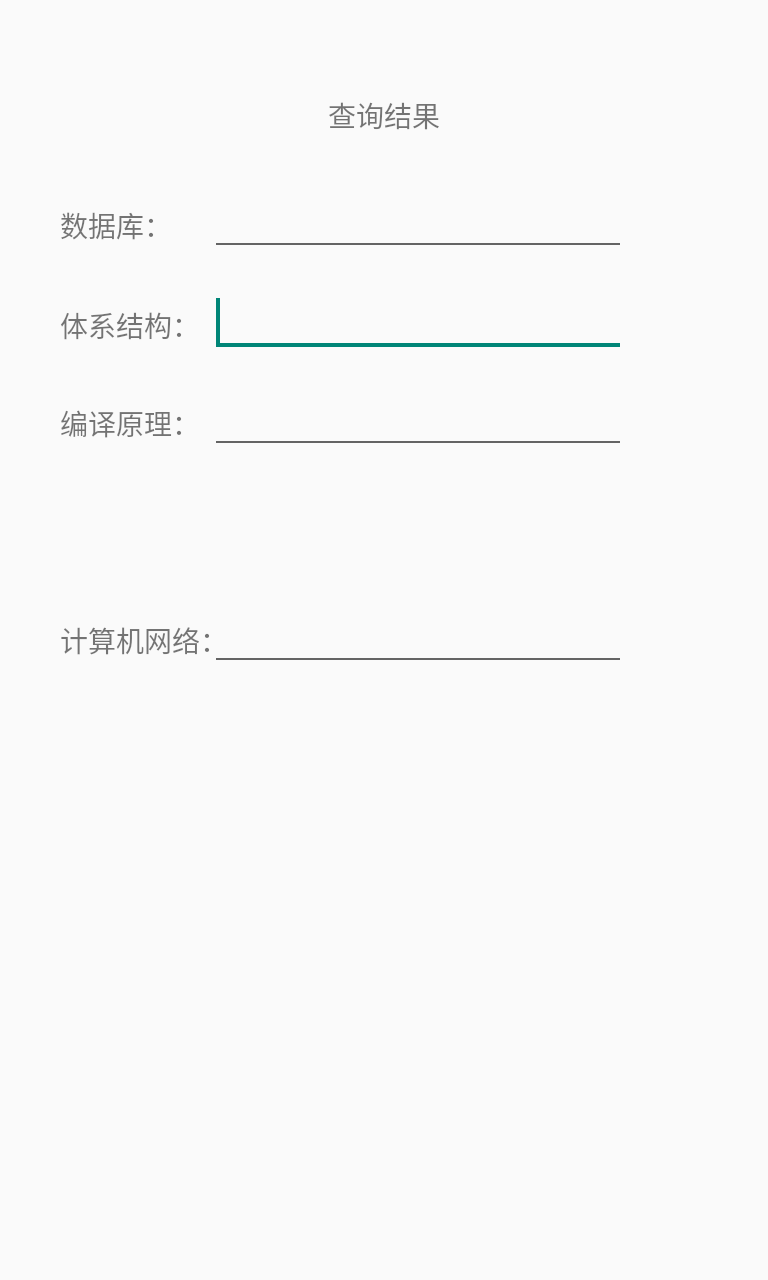
Repository: DaisyDong/AndroidPath
Layout: ScoreQurey/res/layout/activity_result.xml
These files come from the project's save history. The layout is drawn as it stood at one moment and after the next save; the edit follows.
It is drawn on a 768 x 1280 px phone screen (xhdpi) without system bars, with theme AppTheme; the app's code is not run.

Above is the layout before, as saved 2015-04-20 06:44:05.

### ScoreQurey/res/layout/activity_result.xml
<RelativeLayout xmlns:android="http://schemas.android.com/apk/res/android"
    xmlns:tools="http://schemas.android.com/tools"
    android:layout_width="match_parent"
    android:layout_height="match_parent"
    android:paddingBottom="@dimen/activity_vertical_margin"
    android:paddingLeft="@dimen/activity_horizontal_margin"
    android:paddingRight="@dimen/activity_horizontal_margin"
    android:paddingTop="@dimen/activity_vertical_margin"
    tools:context="com.example.scorequrey.ResultActivity" >

    <TextView
        android:id="@+id/textView1"
        android:layout_width="wrap_content"
        android:layout_height="wrap_content"
        android:layout_alignParentTop="true"
        android:layout_centerHorizontal="true"
        android:layout_marginTop="31dp"
        android:text="查询结果" />

    <TextView
        android:id="@+id/textView2"
        android:layout_width="wrap_content"
        android:layout_height="wrap_content"
        android:layout_alignParentLeft="true"
        android:layout_below="@+id/textView1"
        android:layout_marginLeft="14dp"
        android:layout_marginTop="34dp"
        android:text="数据库：" />

    <TextView
        android:id="@+id/textView3"
        android:layout_width="wrap_content"
        android:layout_height="wrap_content"
        android:layout_alignLeft="@+id/textView2"
        android:layout_below="@+id/textView2"
        android:layout_marginTop="29dp"
        android:text="体系结构：" />

    <TextView
        android:id="@+id/textView4"
        android:layout_width="wrap_content"
        android:layout_height="wrap_content"
        android:layout_alignRight="@+id/textView3"
        android:layout_below="@+id/textView3"
        android:layout_marginTop="28dp"
        android:text="编译原理：" />

    <EditText
        android:id="@+id/editText1"
        android:layout_width="wrap_content"
        android:layout_height="wrap_content"
        android:layout_alignBaseline="@+id/textView2"
        android:layout_alignBottom="@+id/textView2"
        android:layout_marginLeft="18dp"
        android:layout_toRightOf="@+id/textView2"
        android:ems="10" />

    <EditText
        android:id="@+id/editText2"
        android:layout_width="wrap_content"
        android:layout_height="wrap_content"
        android:layout_alignBaseline="@+id/textView3"
        android:layout_alignBottom="@+id/textView3"
        android:layout_alignLeft="@+id/editText1"
        android:ems="10" >

        <requestFocus />
    </EditText>

    <EditText
        android:id="@+id/editText3"
        android:layout_width="wrap_content"
        android:layout_height="wrap_content"
        android:layout_alignBaseline="@+id/textView4"
        android:layout_alignBottom="@+id/textView4"
        android:layout_alignLeft="@+id/editText2"
        android:ems="10" />

    <TextView
        android:id="@+id/textView5"
        android:layout_width="wrap_content"
        android:layout_height="wrap_content"
        android:layout_alignLeft="@+id/textView4"
        android:layout_centerVertical="true"
        android:text="计算机网络：" />

    <EditText
        android:id="@+id/editText4"
        android:layout_width="wrap_content"
        android:layout_height="wrap_content"
        android:layout_alignBaseline="@+id/textView5"
        android:layout_alignBottom="@+id/textView5"
        android:layout_alignLeft="@+id/editText3"
        android:ems="10" />

</RelativeLayout>

Loaded but not shown: ScoreQurey/res/values/styles.xml (common file); ScoreQurey/res/values-v11/styles.xml (common file); ScoreQurey/res/values-v14/styles.xml (common file); ScoreQurey/res/values/dimens.xml (common file); ScoreQurey/res/values-w820dp/dimens.xml (common file)

After the next save:
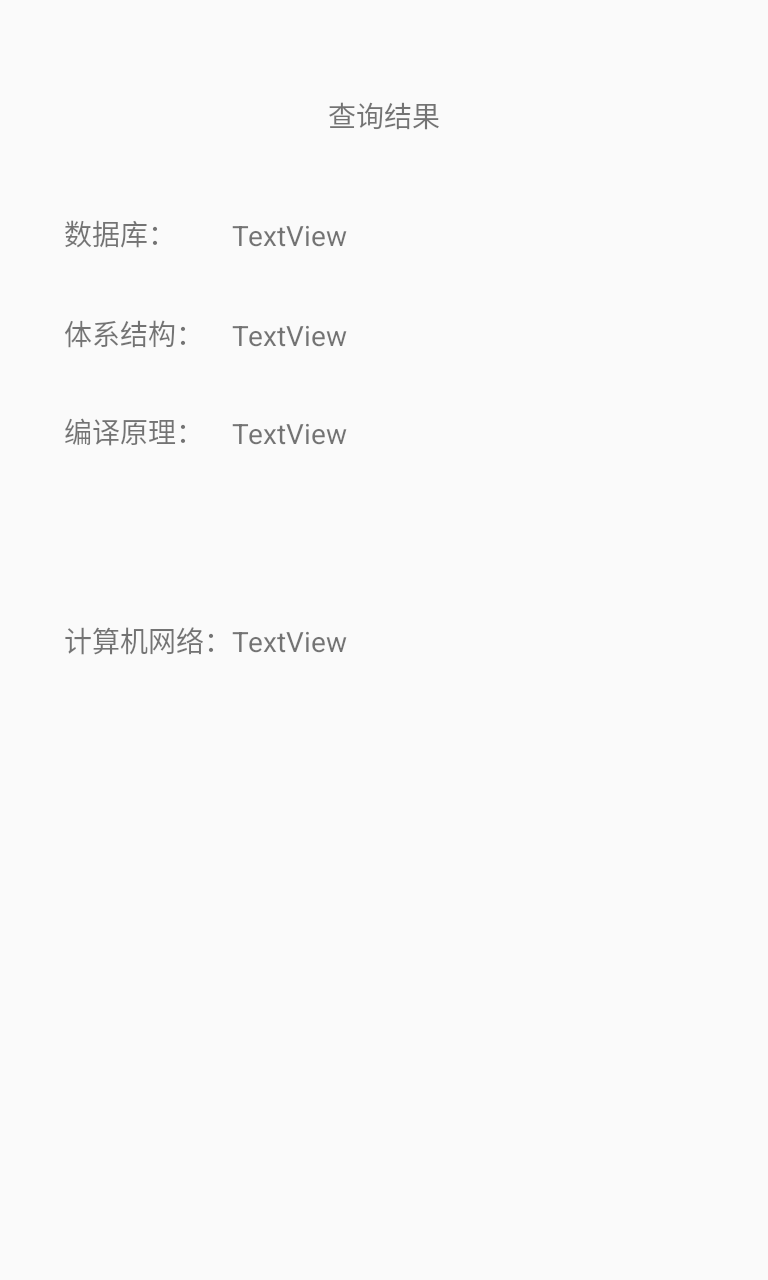
Saved 18 min 20 s later.
--- a/ScoreQurey/res/layout/activity_result.xml
+++ b/ScoreQurey/res/layout/activity_result.xml
@@ -18,16 +18,6 @@
         android:text="查询结果" />
 
     <TextView
-        android:id="@+id/textView2"
-        android:layout_width="wrap_content"
-        android:layout_height="wrap_content"
-        android:layout_alignParentLeft="true"
-        android:layout_below="@+id/textView1"
-        android:layout_marginLeft="14dp"
-        android:layout_marginTop="34dp"
-        android:text="数据库：" />
-
-    <TextView
         android:id="@+id/textView3"
         android:layout_width="wrap_content"
         android:layout_height="wrap_content"
@@ -45,37 +35,6 @@
         android:layout_marginTop="28dp"
         android:text="编译原理：" />
 
-    <EditText
-        android:id="@+id/editText1"
-        android:layout_width="wrap_content"
-        android:layout_height="wrap_content"
-        android:layout_alignBaseline="@+id/textView2"
-        android:layout_alignBottom="@+id/textView2"
-        android:layout_marginLeft="18dp"
-        android:layout_toRightOf="@+id/textView2"
-        android:ems="10" />
-
-    <EditText
-        android:id="@+id/editText2"
-        android:layout_width="wrap_content"
-        android:layout_height="wrap_content"
-        android:layout_alignBaseline="@+id/textView3"
-        android:layout_alignBottom="@+id/textView3"
-        android:layout_alignLeft="@+id/editText1"
-        android:ems="10" >
-
-        <requestFocus />
-    </EditText>
-
-    <EditText
-        android:id="@+id/editText3"
-        android:layout_width="wrap_content"
-        android:layout_height="wrap_content"
-        android:layout_alignBaseline="@+id/textView4"
-        android:layout_alignBottom="@+id/textView4"
-        android:layout_alignLeft="@+id/editText2"
-        android:ems="10" />
-
     <TextView
         android:id="@+id/textView5"
         android:layout_width="wrap_content"
@@ -84,13 +43,46 @@
         android:layout_centerVertical="true"
         android:text="计算机网络：" />
 
-    <EditText
-        android:id="@+id/editText4"
+    <TextView
+        android:id="@+id/textView2"
+        android:layout_width="wrap_content"
+        android:layout_height="wrap_content"
+        android:layout_below="@+id/textView1"
+        android:layout_marginLeft="16dp"
+        android:layout_marginTop="38dp"
+        android:text="数据库：" />
+
+    <TextView
+        android:id="@+id/textView6"
+        android:layout_width="wrap_content"
+        android:layout_height="wrap_content"
+        android:layout_above="@+id/textView3"
+        android:layout_toRightOf="@+id/textView5"
+        android:text="TextView" />
+
+    <TextView
+        android:id="@+id/textView7"
+        android:layout_width="wrap_content"
+        android:layout_height="wrap_content"
+        android:layout_alignBottom="@+id/textView3"
+        android:layout_alignLeft="@+id/textView6"
+        android:text="TextView" />
+
+    <TextView
+        android:id="@+id/textView8"
+        android:layout_width="wrap_content"
+        android:layout_height="wrap_content"
+        android:layout_alignBottom="@+id/textView4"
+        android:layout_alignLeft="@+id/textView7"
+        android:text="TextView" />
+
+    <TextView
+        android:id="@+id/textView9"
         android:layout_width="wrap_content"
         android:layout_height="wrap_content"
         android:layout_alignBaseline="@+id/textView5"
         android:layout_alignBottom="@+id/textView5"
-        android:layout_alignLeft="@+id/editText3"
-        android:ems="10" />
+        android:layout_alignLeft="@+id/textView8"
+        android:text="TextView" />
 
 </RelativeLayout>
